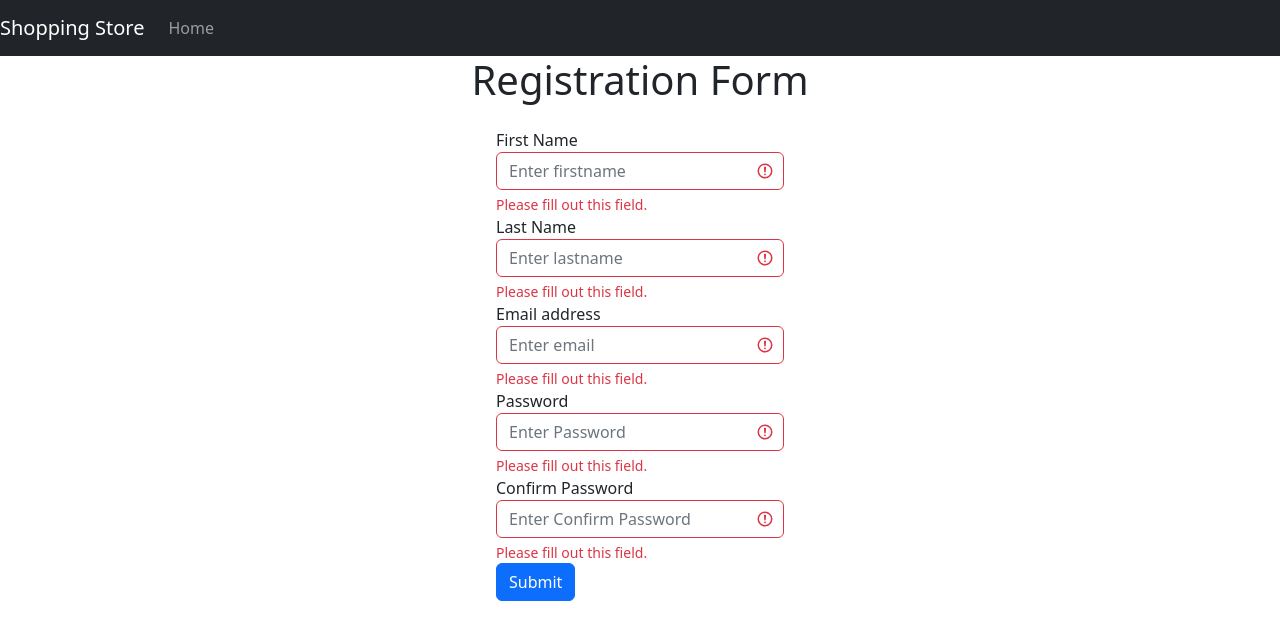
Repository: mayank-gupta0/nagarroproject
Page: http://localhost/SpringMvcServiceLayer/WEB-INF/jsp/register.jsp
The author's editor kept a copy of each file at every save. The page is drawn from the files as they stood at one save, then again after a run of saves.
The browser window is 1280 px wide. The pictures show the whole page.
The page is served by Tomcat 9. Nobody is signed in. The template is opened directly, without the code that normally fills it, so the values that code supplies are empty.

Above is the page before, as saved 2022-08-22 12:27:30.

After the next 2 saves:
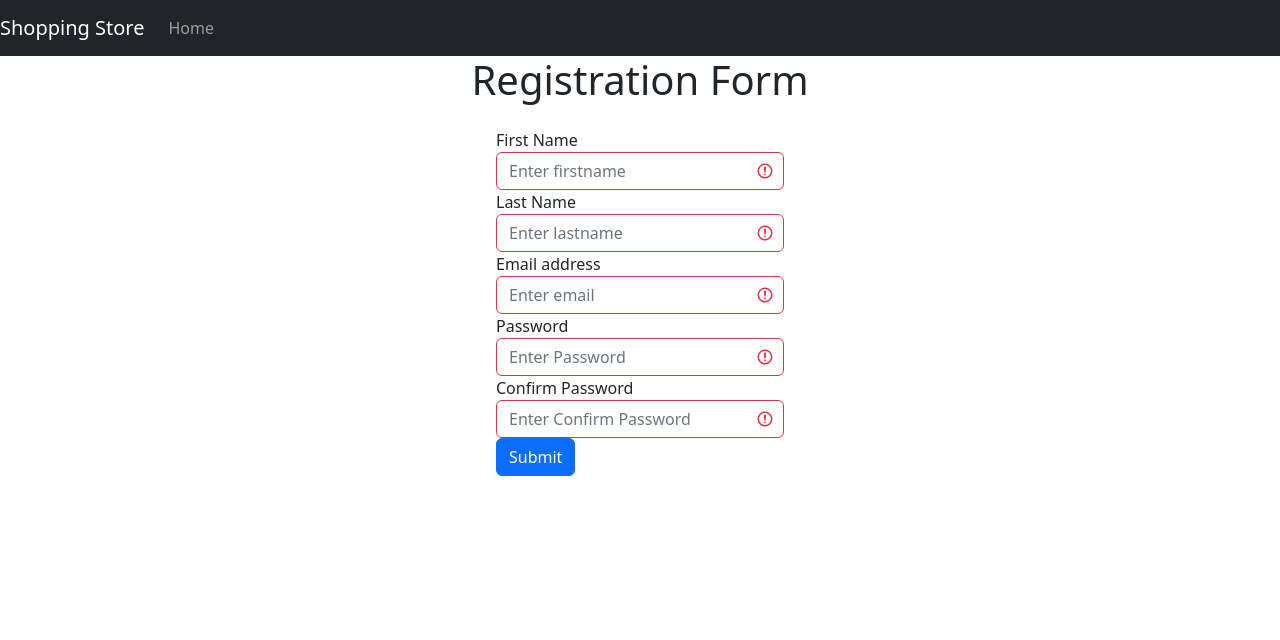
The 2 saves are shown as one change because they came seconds apart.
The last was saved 30 s later.
--- a/springmvcworkspace/SpringMvcServiceLayer/src/main/webapp/WEB-INF/jsp/register.jsp
+++ b/springmvcworkspace/SpringMvcServiceLayer/src/main/webapp/WEB-INF/jsp/register.jsp
@@ -39,14 +39,14 @@
 				<label for="exampleInputPassword1">First Name</label> <input
 					type="text" class="form-control" id="exampleInputfirstname"
 					placeholder="Enter firstname" name=firstName required>
-				<div class="invalid-feedback">Please fill out this field.</div>
+
 			</div>
 
 			<div class="form-group">
 				<label for="exampleInputPassword1">Last Name</label> <input
 					type="text" class="form-control" id="exampleInputlastname"
 					placeholder="Enter lastname" name="lastName" required>
-				<div class="invalid-feedback">Please fill out this field.</div>
+
 
 			</div>
 
@@ -55,7 +55,7 @@
 					type="email" class="form-control" id="exampleInputEmail1"
 					aria-describedby="emailHelp" placeholder="Enter email" name="email"
 					required>
-				<div class="invalid-feedback">Please fill out this field.</div>
+
 
 			</div>
 
@@ -63,7 +63,7 @@
 				<label for="exampleInputPassword1">Password</label> <input
 					type="password" class="form-control" id="exampleInputPassword1"
 					placeholder="Enter Password" name="password" required>
-				<div class="invalid-feedback">Please fill out this field.</div>
+
 
 			</div>
 
@@ -72,7 +72,7 @@
 					type="password" class="form-control" id="exampleInputPassword2"
 					placeholder="Enter Confirm Password" name="confirmPassword"
 					required>
-				<div class="invalid-feedback">Please fill out this field.</div>
+
 
 			</div>
 			<button type="submit" class="btn btn-primary">Submit</button>
